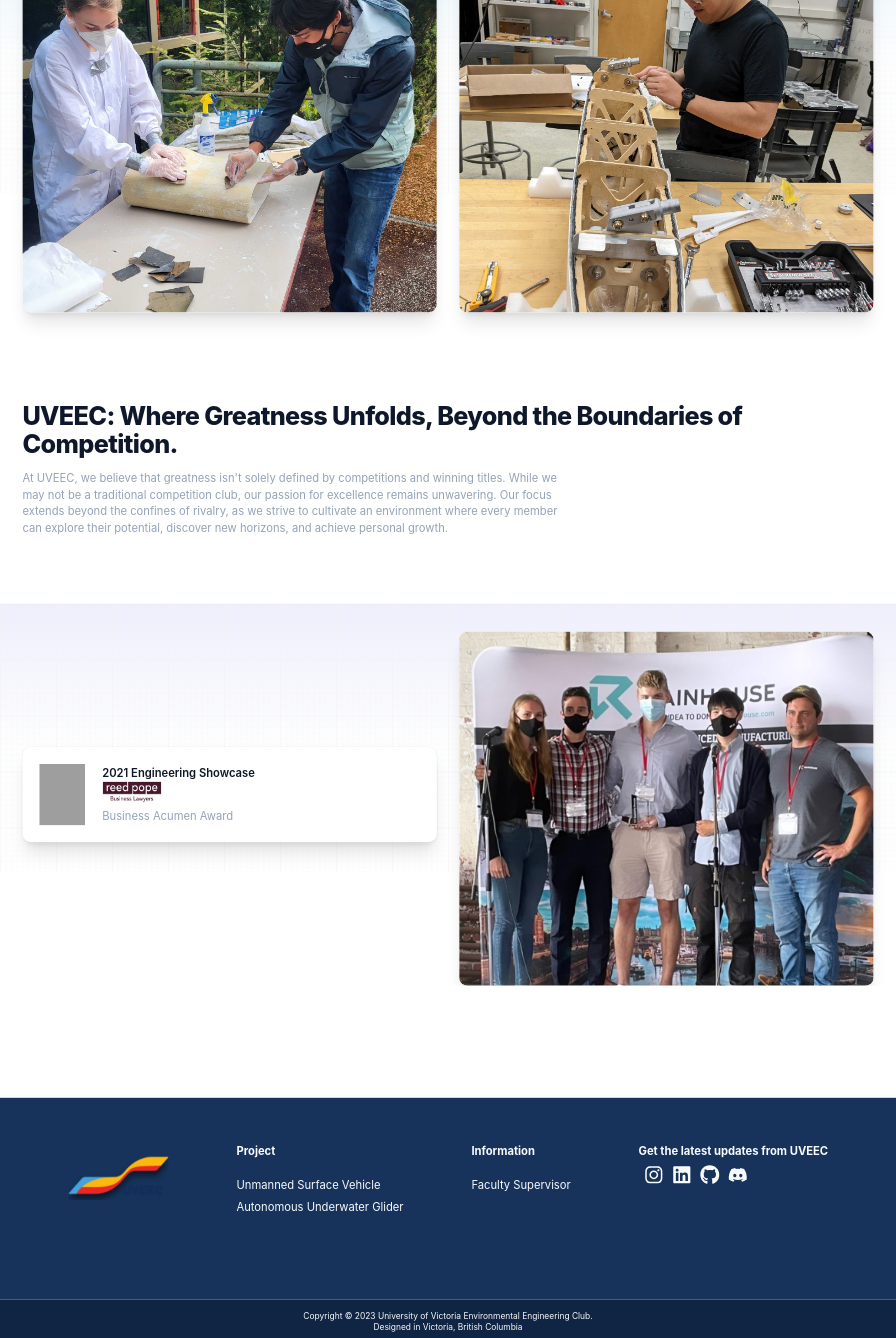
Repository: markaxelus/uveec-website
Page: /
These files come from the project's save history. The page is drawn as it stood at one moment and after the next save; the edit follows.
The browser window is 1280 px wide. The pictures show the part of the page from y = 1296 to 3216 px (the page is 3208 px tall before and 3216 px after), at 70% of full size.
Pictures or frames that could not be fetched are drawn as grey boxes. The project was rebuilt for these pictures with package versions that can differ from the ones it lists, and the page was loaded fresh each time. The framework's server and built-in components were replaced by stand-ins that run in the browser. Also part of the build but not shown: next.config.js, src/components/molecules/ProfileCard.tsx.

Above is the page before, as saved 2024-06-08 23:37:33.

After the next save:
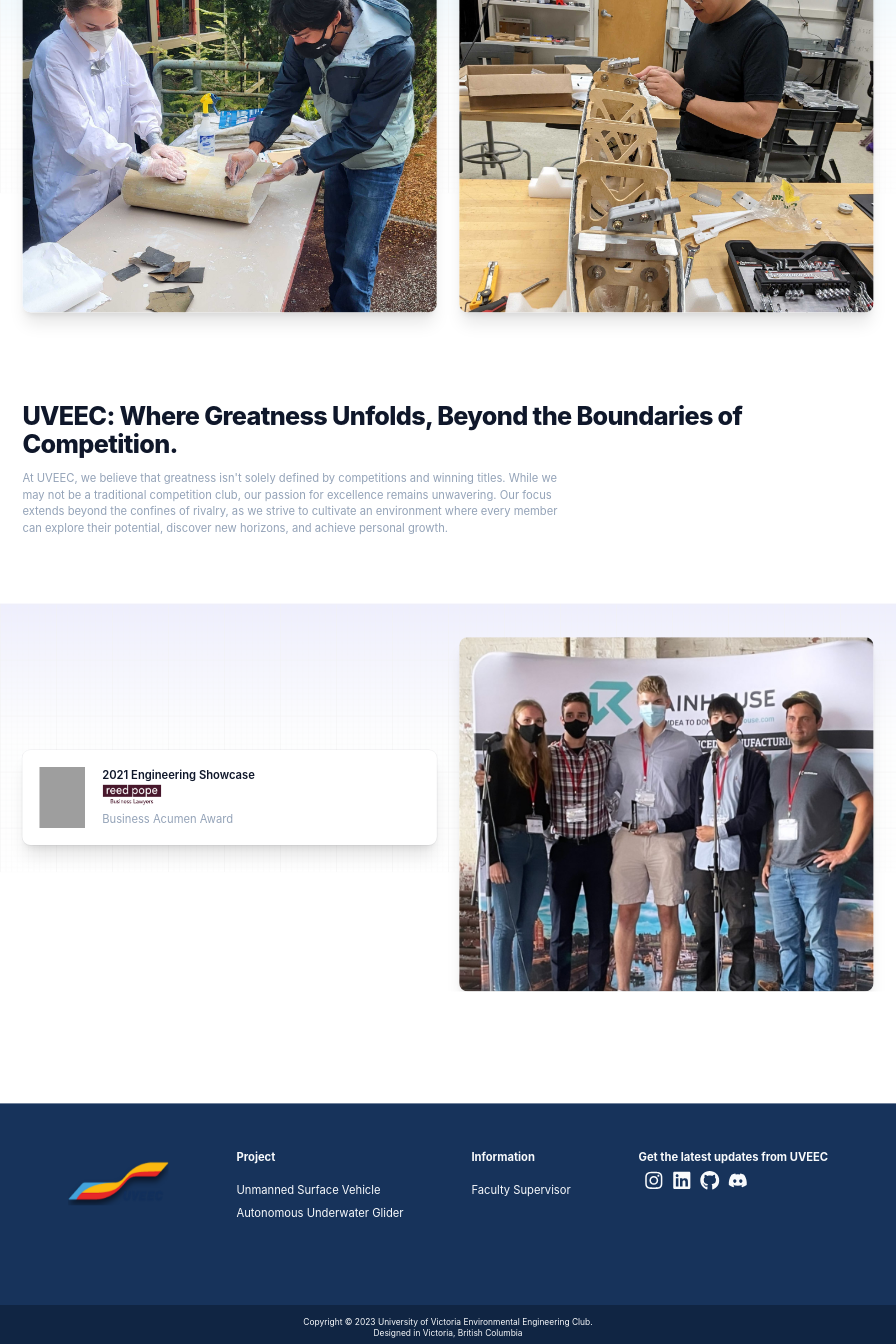
Saved 26 s later.
--- a/pages/index.tsx
+++ b/pages/index.tsx
@@ -239,7 +239,7 @@
                       </div>
                     </div>
                   </div>
-                  <div className="mt-4 -mx-4 sm:mx-0 lg:mt-0 lg:col-span-7 xl:col-span-6 xl:mt-10">
+                  <div className="mt-4 -mx-4 sm:mx-0 lg:mt-0 lg:col-span-7 xl:col-span-6 xl:mt-12">
                     <div className="relative overflow-hidden shadow-xl flex h-[31.625rem] max-h-[60vh] sm:max-h-[none] sm:rounded-xl lg:h-[34.6875rem] xl:h-[31.625rem]">
                       <Image
                         layout="fill"
